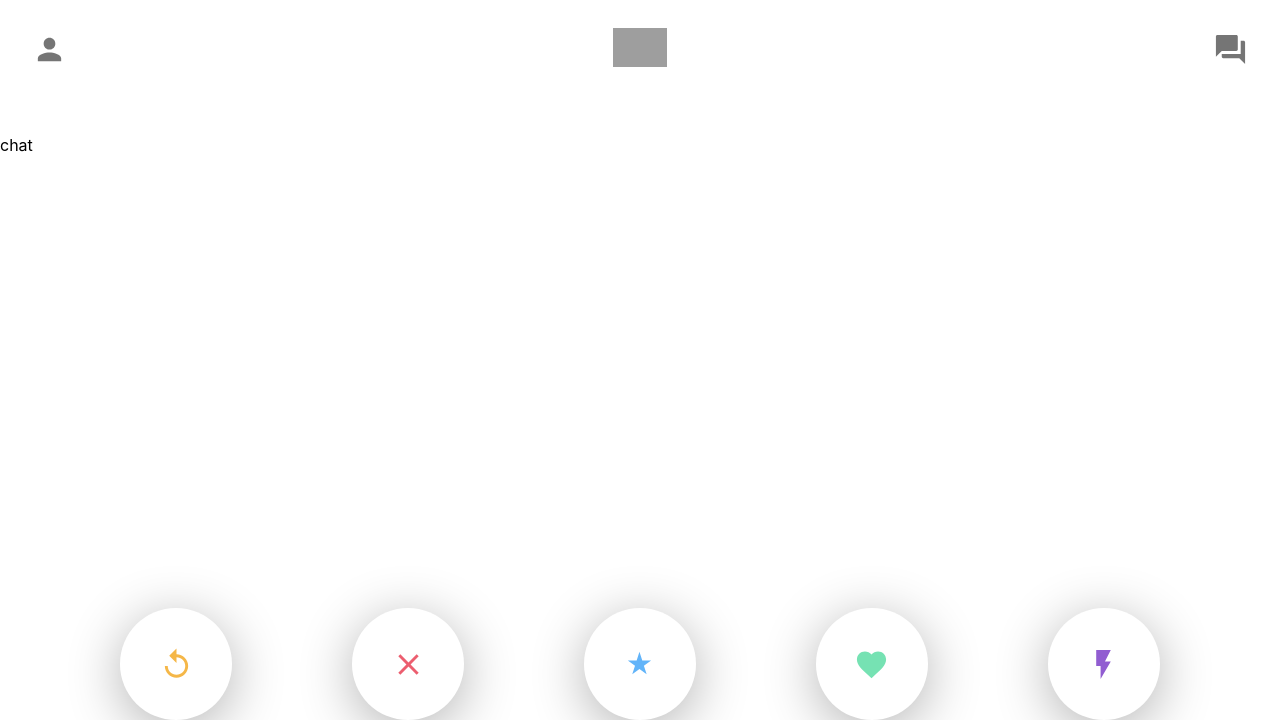
Repository: mminhaz93/React-Tinder-Clone
Page: /chat
An editor plug-in stored every save of this project. The page is shown before and after the next save, followed by the edit.
The browser window is 1280 px wide. The pictures show the whole page.
Pictures or frames that could not be fetched are drawn as grey boxes. The page's requests for data from a server got no answer. The project was rebuilt for these pictures with package versions that can differ from the ones it lists, and the page was loaded fresh each time. No one was signed in, and anything a server would have sent is missing. Also part of the build but not shown: src/App.css.

Above is the page before, as saved 2020-08-23 19:51:53.

After the next save:
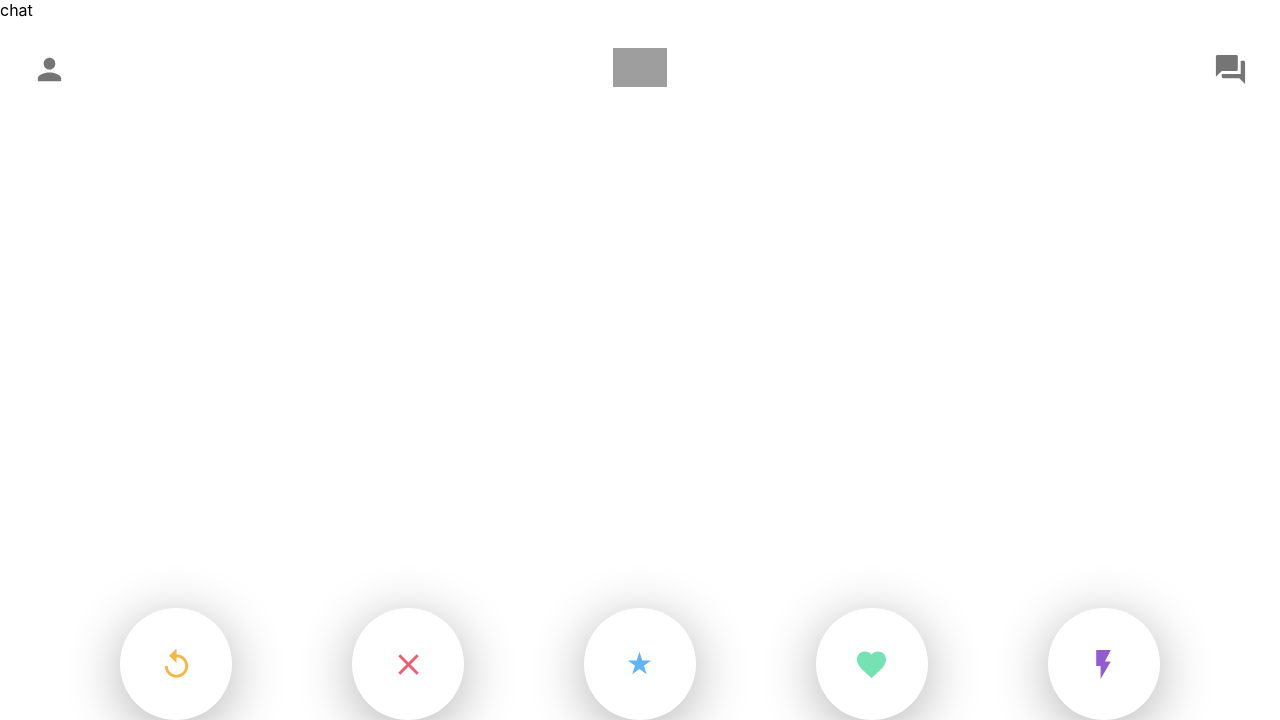
Saved 92 s later.
--- a/src/App.js
+++ b/src/App.js
@@ -10,15 +10,15 @@
     <div className="App">
       <Router>
         <Switch>
+          <Route path="/chat">chat</Route>
+          <Header backButton="/" />
+        </Switch>
+        <Switch>
           <Route path="/">
             <Header />
             <TinderCards />
             <SwipeButtons />
           </Route>
-        </Switch>
-        <Switch>
-          <Route path="/chat">chat</Route>
-          <Header backButton="/" />
         </Switch>
       </Router>
     </div>

After the save that followed:
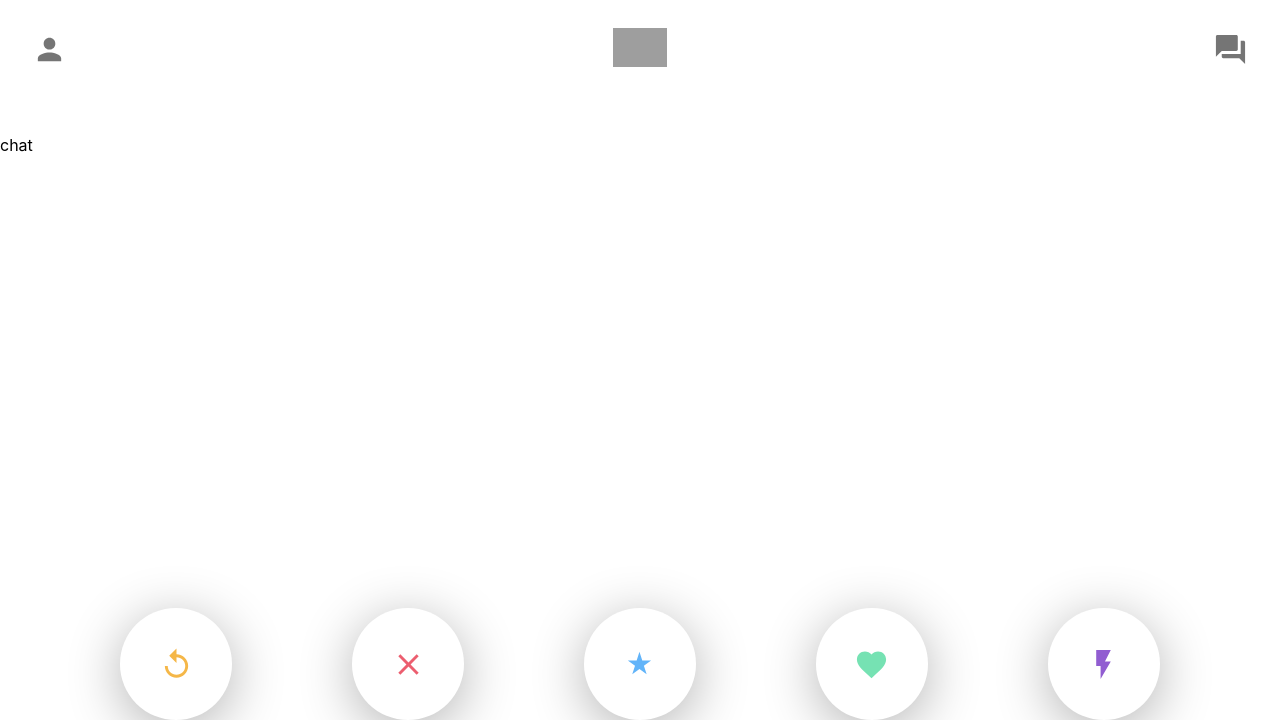
Saved 18 s later.
--- a/src/App.js
+++ b/src/App.js
@@ -10,15 +10,15 @@
     <div className="App">
       <Router>
         <Switch>
-          <Route path="/chat">chat</Route>
-          <Header backButton="/" />
-        </Switch>
-        <Switch>
           <Route path="/">
             <Header />
             <TinderCards />
             <SwipeButtons />
           </Route>
+        </Switch>
+        <Switch>
+          <Route path="/chat">chat</Route>
+          <Header backButton="/" />
         </Switch>
       </Router>
     </div>
